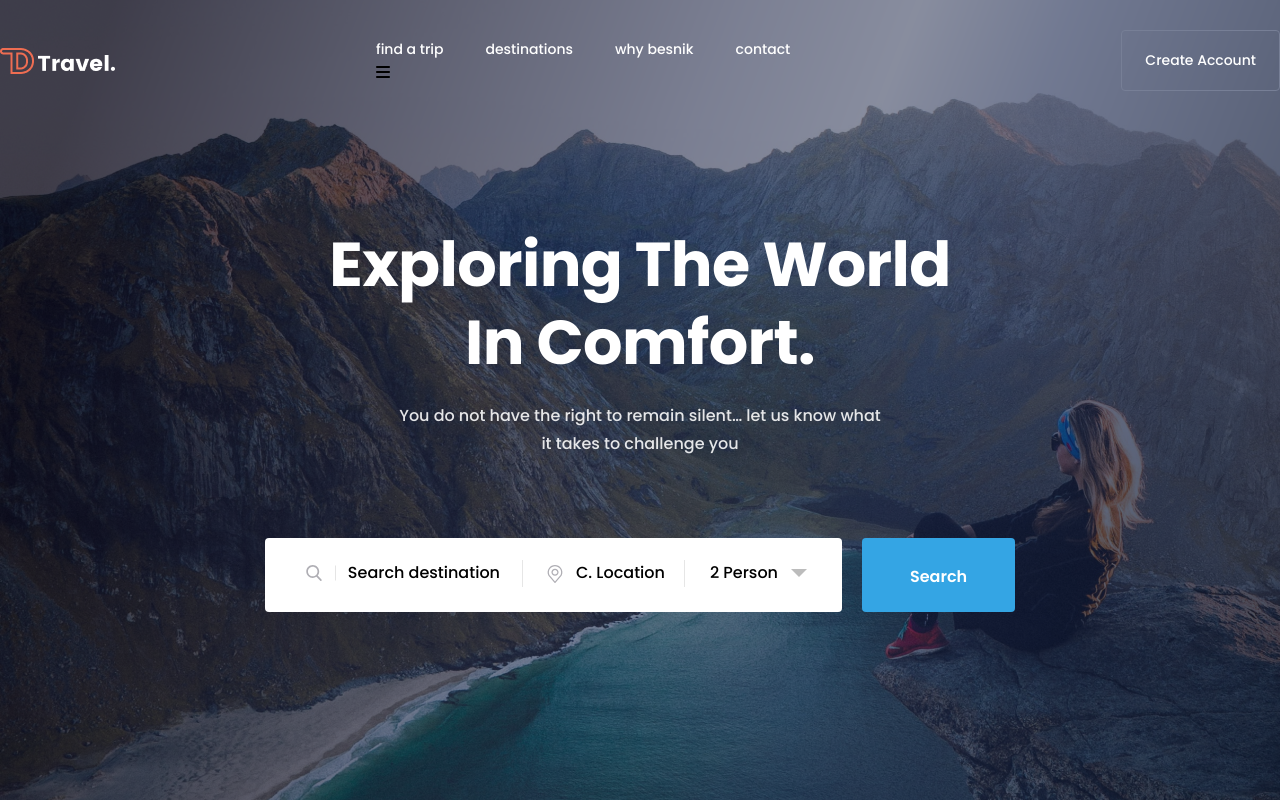
Repository: hoang0508/LandingPage-CodeTravel2
Page: index.html
An editor plug-in stored every save of this project. The page is shown before and after the next save, followed by the edit.
The browser window is 1280 px wide. The pictures show the whole page.
Some web libraries are served in a nearby version. The style sheet was rebuilt from its Sass, Less or Tailwind sources for each picture, by a compiler version that may differ from the author's.

Above is the page before, as saved 2022-09-16 14:58:44.

### index.html
<!DOCTYPE html>
<html lang="en">
  <head>
    <meta charset="UTF-8" />
    <meta http-equiv="X-UA-Compatible" content="IE=edge" />
    <meta name="viewport" content="width=device-width, initial-scale=1.0" />
    <title>Travale LandingPage</title>
    <link rel="stylesheet" href="https://cdnjs.cloudflare.com/ajax/libs/font-awesome/4.7.0/css/font-awesome.css">
    <link rel="stylesheet" href="./css/style.css" />
  </head>
  <body>
    <div class="wrapper">
      <!-- HEADER -->
      <header class="header">
        <div class="container">
          <div class="header-main">
            <div class="header-logo">
              <img src="./images/Logo.png" alt="Logo" />
            </div>
            <nav class="header-menu">
              <ul class="header-menu--list">
                <li class="header-menu--item">
                  <a href="#" class="header-menu--link">FIND A TRIP</a>
                </li>
                <li class="header-menu--item">
                  <a href="#" class="header-menu--link">DESTINATIONS</a>
                </li>
                <li class="header-menu--item">
                  <a href="#" class="header-menu--link">WHY BESNIK</a>
                </li>
                <li class="header-menu--item">
                  <a href="#" class="header-menu--link">CONTACT</a>
                </li>
              </ul>
              <div class="header-bar">
                <i class="fa-solid fa-bars"></i>
              </div>
            </nav>
            <div class="overlay"></div>

            <div class="header-button">
              <button class="button button-acount">Create Account</button>
            </div>
          </div>

          <div class="header-content">
            <h1 class="header-content--title">
              Exploring The World In Comfort.
            </h1>
            <p class="header-content--desc">
              You do not have the right to remain silent… let us know what it
              takes to challenge you
            </p>
            <div class="header-form">
              <div class="header-content--form">
                <div class="form-down">
                  <div class="form-down--col">
                    <div class="form-down--icon">
                      <img src="./images/icon-search.svg" alt="" />
                    </div>
                    <div class="form-down--text form-down--text-border"></div>
                      <span class="form-down--text form-down--text-txt">Search destination</span>
                    </div>
                  <div class="form-down--col">
                    <div class="form-down--icon">
                      <img src="./images/icon-loacation.svg" alt="" />
                    </div>
                    <span class="form-down--text form-down--text-location">C. Location</span>
                  </div>
                  <div class="form-down--col">
                    <span class="form-down--text">2 Person</span>
                    <div class="form-down--icon">
                      <img src="./images/icon-arrow.svg" alt="" />
                    </div>
                  </div>
                </div>
                </div>
                <button class="button button-search">Search</button>
              </div>
            </div>
          </div>
        </div>
      </header>
    </div>

    <script src="https://kit.fontawesome.com/6ddfb9b121.js" crossorigin="anonymous"></script>
    <script src="./script/main.js"></script>
  </body>
</html>

### script/main.js
const headerMenuList = document.querySelector(".header-menu--list");
const headerBar = document.querySelector(".header-bar");
const overlay = document.querySelector(".overlay");

headerBar.addEventListener("click", (item) => {
  headerMenuList.classList.toggle("header-menu--active");
  overlay.classList.toggle("show-overlay");
});

overlay.addEventListener("click", () => {
  headerMenuList.classList.remove("header-menu--active");
  overlay.classList.remove("show-overlay");
});

### sass/main.scss
@import "reset";
@import "variable";
@import "typography";
@import "base";
@import "global";
@import "header";

### sass/_reset.scss
*,
*::before,
*::after {
  box-sizing: border-box;
}
* {
  margin: 0;
  padding: 0;
  font: inherit;
}
body {
  line-height: 1.5;
}
img,
picture,
video,
canvas,
svg {
  display: block;
  max-width: 100%;
}
input,
button,
textarea,
select {
  outline: none;
}
p,
h1,
h2,
h3,
h4,
h5,
h6 {
  overflow-wrap: break-word;
}

a {
  text-decoration: none;
}

ul,
li {
  list-style: none;
}

### sass/_variable.scss
$text-white: #fff;
$primary-color: #34a5e4;
$border-gray: #e6e6e6;

### sass/_typography.scss
@font-face {
  font-family: "Poppins";
  src: url("../fonts/Poppins-Regular.ttf") format("opentype");
  font-style: normal;
  font-display: auto;
  font-weight: 400;
}

@font-face {
  font-family: "Poppins";
  src: url("../fonts/Poppins-Light.ttf") format("opentype");
  font-style: normal;
  font-display: auto;
  font-weight: 300;
}

@font-face {
  font-family: "Poppins";
  src: url("../fonts/Poppins-Medium.ttf") format("opentype");
  font-style: normal;
  font-display: auto;
  font-weight: 500;
}

@font-face {
  font-family: "Poppins";
  src: url("../fonts/Poppins-SemiBold.ttf") format("opentype");
  font-style: normal;
  font-display: auto;
  font-weight: 600;
}

@font-face {
  font-family: "Poppins";
  src: url("../fonts/Poppins-Thin.ttf") format("opentype");
  font-style: normal;
  font-display: auto;
  font-weight: 100;
}

@font-face {
  font-family: "Poppins";
  src: url("../fonts/Poppins-Bold.ttf") format("opentype");
  font-style: normal;
  font-display: auto;
  font-weight: 700;
}

### sass/_base.scss
body {
  font-family: "Poppins", sans-serif;
  font-weight: 500;
}

.wrapper {
  max-width: 1600px;
  margin: 0 auto;
}

.container {
  max-width: 1280px;
  margin: 0 auto;
}

@media screen and (max-width: 1023.98px) {
  .container {
    padding: 0 15px;
  }
}

### sass/_global.scss
// Button
button.button {
  display: inline-block;
  border: 0;
  cursor: pointer;
  color: $text-white;
  font-size: 14px;
  &-acount {
    background-color: transparent;
    padding: 19px 23px;
    border: 1.5px solid #777f96;
    border-radius: 4px;
  }
  &-search {
    height: 74px;
    padding: 27px 48px;
    background-color: $primary-color;
    color: $text-white;
    font-size: 16px;
    font-weight: 600;
    border-radius: 4px;
  }
}

// overlay
.show-overlay {
  position: fixed;
  top: 0;
  right: 0;
  bottom: 0;
  left: 0;
  background-color: rgba(0, 0, 0, 0.5);
  z-index: 10;
}

@media screen and (max-width: 767.98px) {
  button.button {
    &-acount {
      padding: 12px;
    }
  }
}

### sass/_header.scss
.header {
  background-image: url("../images/header-img.png");
  min-height: 800px;
  background-size: cover;
  background-repeat: repeat;
  padding-top: 30px;
  &-main {
    display: flex;
    align-items: center;
    margin-bottom: 135px;
  }
  &-logo {
    margin-right: 261px;
  }
  &-menu {
    &--list {
      display: flex;
      align-items: center;
      gap: 0 42px;
      margin-right: 225px;
    }
    &--link {
      color: $text-white;
      text-transform: lowercase;
      font-size: 14px;
    }
  }
  &-button {
    margin-left: auto;
  }
  &-form {
    display: flex;
    justify-content: center;
    align-items: center;
    gap: 0 20px;
  }
  &-content {
    text-align: center;
    &--title {
      max-width: 640px;
      width: 100%;
      margin: 0 auto;
      font-size: 62px;
      font-weight: 700;
      color: $text-white;
      margin-bottom: 20px;
      letter-spacing: -0.01em;
      line-height: 78px;
    }
    &--desc {
      max-width: 493px;
      margin: 0 auto;
      color: #ffffff;
      font-weight: 500;
      mix-blend-mode: normal;
      opacity: 0.88;
      line-height: 28px;
      margin-bottom: 80px;
    }
    &--form {
      background-color: #ffffff;
      padding: 23px 35px 24px 41px;
      height: 74px;
      border-radius: 4px;
      box-shadow: 0px 40px 80px -22px rgba(98, 89, 89, 0.09);
      .form-down {
        display: flex;
        align-items: center;
        &--col {
          display: flex;
          align-items: center;
          gap: 0 13px;
          &:nth-child(1) {
            margin-right: 43px;
          }
          &:nth-child(2) {
            position: relative;
            &::before {
              content: "";
              position: absolute;
              width: 1px;
              height: 27px;
              background-color: $border-gray;
              left: -25px;
            }
            &::after {
              content: "";
              position: absolute;
              width: 1px;
              height: 27px;
              background-color: $border-gray;
              right: 0;
            }
          }
          &:nth-child(3) {
            margin-left: 25px;
          }
        }
        &--text-border {
          position: relative;
          &::before {
            position: absolute;
            content: "";
            width: 1px;
            height: 15px;
            background: #e5e5e5;
            top: 50%;
            transform: translateY(-50%);
          }
        }
        &--text-txt {
          margin-right: 4px;
        }
        &--text-location {
          padding-right: 20px;
        }
        &--icon {
          width: 16px;
          height: 16px;
          display: inline-block;
          img {
            width: 100%;
            object-fit: cover;
          }
        }
      }
    }
  }
}

// reponsive Header

// Tablet
@media screen and (max-width: 1023.98px) {
  .header {
    min-height: 700px;
    &-main {
      align-items: baseline;
    }
    &-logo {
      margin-right: 30px;
    }
    &-menu--list {
      position: fixed;
      max-width: 400px;
      width: 100%;
      top: 0;
      left: 0;
      bottom: 0;
      background-color: #fff;
      box-shadow: rgba(100, 100, 111, 0.2) 0px 7px 29px 0px;
      display: flex;
      flex-direction: column;
      gap: 30px 0;
      align-items: stretch;
      padding: 20px;
      z-index: 20;
      transform: translateX(-100%);
      transition: all 0.25s linear;
    }
    &-menu--link {
      font-size: 18px;
      color: #333;
    }
    &-bar {
      color: $text-white;
      font-size: 20px;
      cursor: pointer;
    }
    &-menu--active {
      transform: translate(0);
    }
    .form-down--text {
      font-size: 13px;
    }
  }
}

// Phone
@media screen and (max-width: 767.98px) {
  .header {
    min-height: 500px;
    &-main {
      margin-bottom: 80px;
    }
    &-menu--list {
      max-width: 300px;
    }
    &-content {
      &--title {
        font-size: 40px;
        line-height: 60px;
        margin-bottom: 10px;
      }
      &--desc {
        font-size: 12px;
      }
    }
  }
}

After the next save:
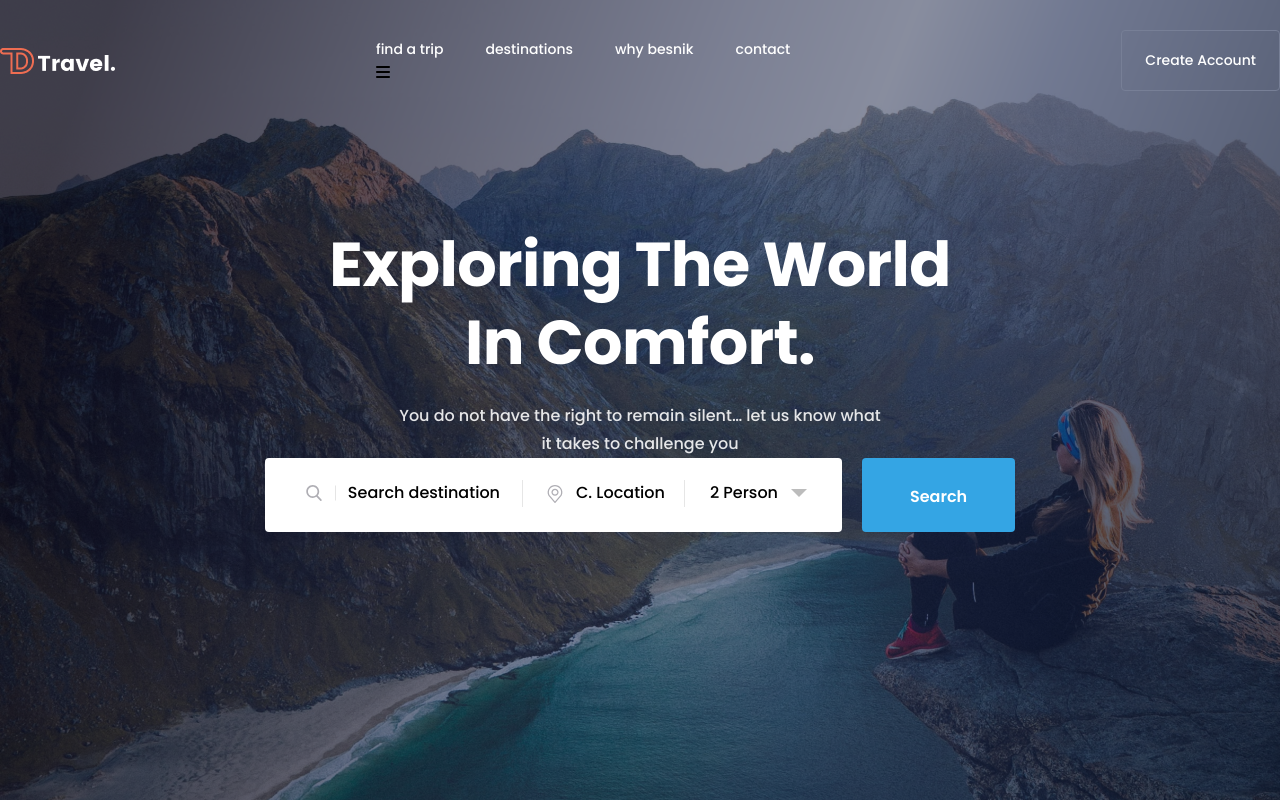
Saved 59 s later.
--- a/sass/_header.scss
+++ b/sass/_header.scss
@@ -36,6 +36,7 @@
   }
   &-content {
     text-align: center;
+    margin-bottom: 80px;
     &--title {
       max-width: 640px;
       width: 100%;
@@ -55,7 +56,6 @@
       mix-blend-mode: normal;
       opacity: 0.88;
       line-height: 28px;
-      margin-bottom: 80px;
     }
     &--form {
       background-color: #ffffff;

After the 2 saves that followed:
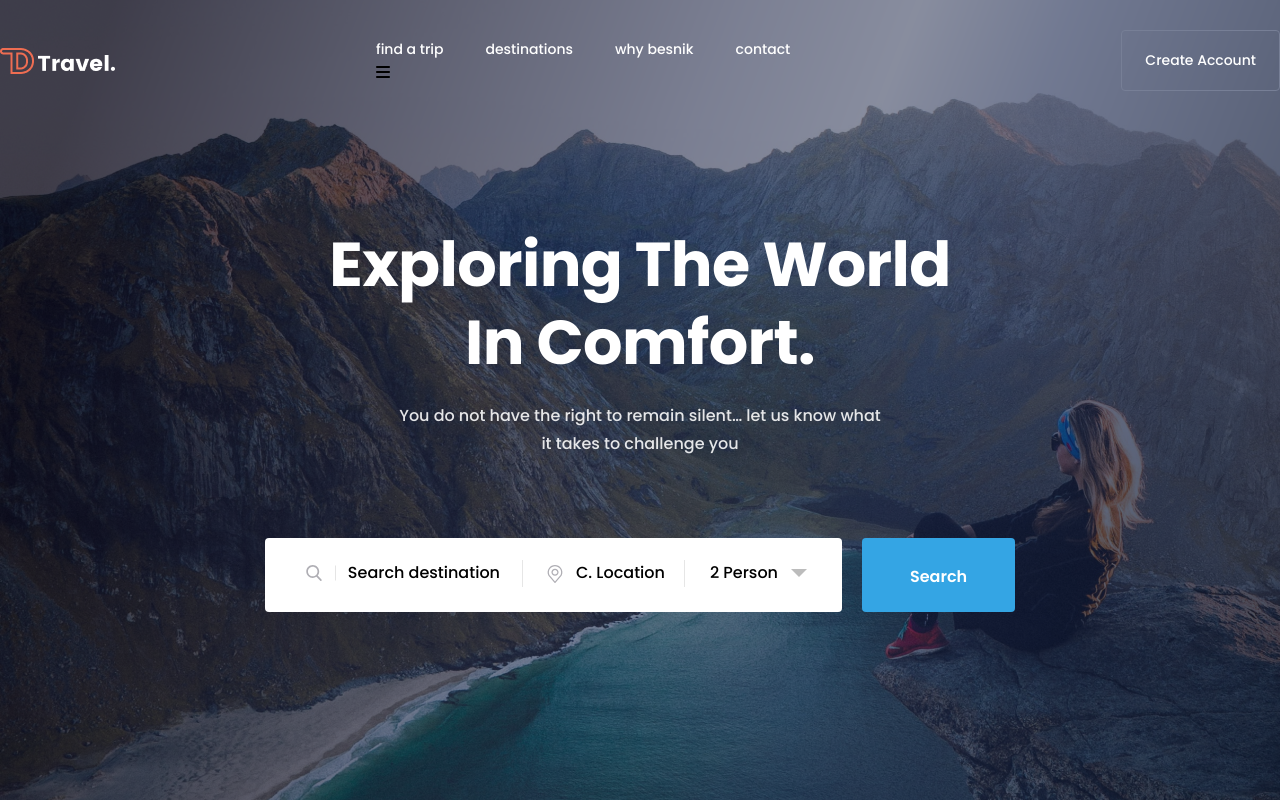
The 2 saves are shown as one change because 1 left the picture as it was.
The last was saved 37 s later.
--- a/sass/_header.scss
+++ b/sass/_header.scss
@@ -36,7 +36,6 @@
   }
   &-content {
     text-align: center;
-    margin-bottom: 80px;
     &--title {
       max-width: 640px;
       width: 100%;
@@ -56,6 +55,7 @@
       mix-blend-mode: normal;
       opacity: 0.88;
       line-height: 28px;
+      margin-bottom: 80px;
     }
     &--form {
       background-color: #ffffff;
